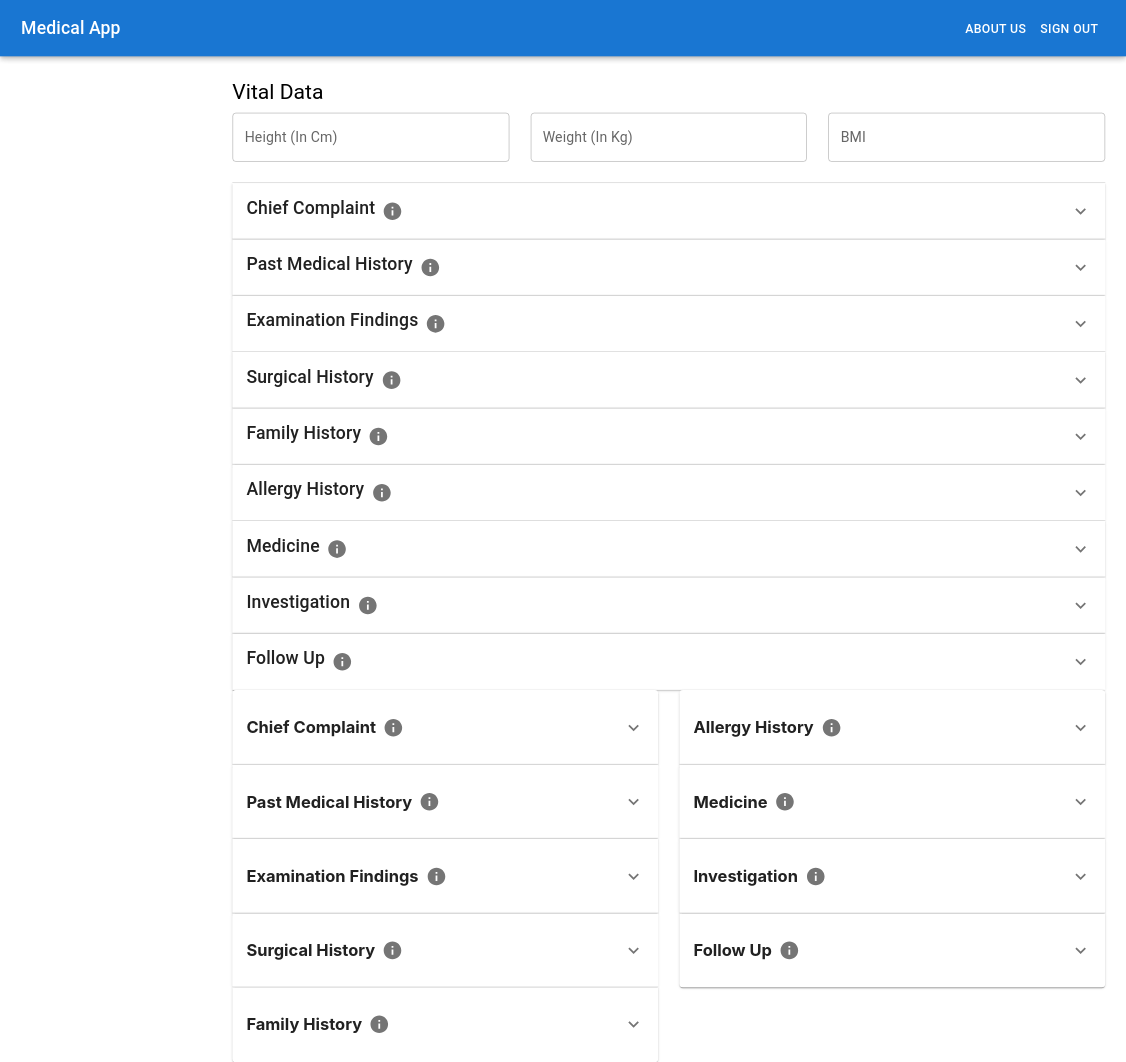
Repository: sshaiv/demo_project
Page: /
An editor plug-in stored every save of this project. The page is shown before and after the next save, followed by the edit.
The browser window is 1280 px wide. The pictures show the whole page, at 88% of full size.
The project was rebuilt for these pictures with package versions that can differ from the ones it lists, and the page was loaded fresh each time.

Above is the page before, as saved 2024-08-12 20:06:50.

### src/App.js
import React from 'react';
import { Container, Box } from '@mui/material';
import Header from './components/Header';
import VitalData from './components/VitalData';
import AccordionSection from './components/AccordionSection';
import MedicineSection from './components/MedicineSection';
import FollowUpSection from './components/FollowUpSection';
import HistoryDetail from './components/HistoryDetail'; // Import the new component

const App = () => {
  return (
    <div style={{ display: 'flex' }}>
      <Header />
      <Container style={{ marginTop: '64px', marginLeft: '240px' }}>
        <Box mt={3}>
          <VitalData />
          <AccordionSection title="Chief Complaint" />
          <AccordionSection title="Past Medical History" />
          <AccordionSection title="Examination Findings" />
          <AccordionSection title="Surgical History" />
          <AccordionSection title="Family History" />
          <AccordionSection title="Allergy History" />
          <MedicineSection />
          <AccordionSection title="Investigation" />
          <FollowUpSection />
          <HistoryDetail /> {/* Add the HistoryDetail component here */}
        </Box>
      </Container>
    </div>
  );
};

export default App;

### src/components/Header.js
import React from 'react';
import { AppBar, Toolbar, Typography, Button } from '@mui/material';

const Header = () => {
  return (
    <AppBar position="fixed">
      <Toolbar>
        <Typography variant="h6" style={{ flexGrow: 1 }}>
          Medical App
        </Typography>
        <Button color="inherit">About Us</Button>
        <Button color="inherit">Sign Out</Button>
      </Toolbar>
    </AppBar>
  );
};

export default Header;

### src/components/VitalData.js
import React from 'react';
import { TextField, Grid, Box, Typography } from '@mui/material';

const VitalData = () => {
  return (
    <Box mb={3}>
      <Typography variant="h5" gutterBottom>
        Vital Data
      </Typography>
      <Grid container spacing={3}>
        <Grid item xs={12} sm={6} md={4}>
          <TextField label="Height (In Cm)" fullWidth />
        </Grid>
        <Grid item xs={12} sm={6} md={4}>
          <TextField label="Weight (In Kg)" fullWidth />
        </Grid>
        <Grid item xs={12} sm={6} md={4}>
          <TextField label="BMI" fullWidth />
        </Grid>
        {/* Add more fields as necessary */}
      </Grid>
    </Box>
  );
};

export default VitalData;

### src/components/AccordionSection.js
import React from 'react';
import { Accordion, AccordionSummary, AccordionDetails, TextField, Typography } from '@mui/material';
import ExpandMoreIcon from '@mui/icons-material/ExpandMore';
import InfoIcon from '@mui/icons-material/Info';
import IconButton from '@mui/material/IconButton';

const AccordionSection = ({ title }) => {
  return (
    <Accordion>
      <AccordionSummary expandIcon={<ExpandMoreIcon />}>
        <Typography variant="h6">{title}</Typography>
        <IconButton>
          <InfoIcon />
        </IconButton>
      </AccordionSummary>
      <AccordionDetails>
        <TextField label={`Search ${title}`} fullWidth margin="normal" />
      </AccordionDetails>
    </Accordion>
  );
};

export default AccordionSection;

### src/components/MedicineSection.js
import React from 'react';
import { Accordion, AccordionSummary, AccordionDetails, TextField, Typography, Box, Grid, Button } from '@mui/material';
import ExpandMoreIcon from '@mui/icons-material/ExpandMore';
import InfoIcon from '@mui/icons-material/Info';
import IconButton from '@mui/material/IconButton';

const MedicineSection = () => {
  return (
    <Accordion>
      <AccordionSummary expandIcon={<ExpandMoreIcon />}>
        <Typography variant="h6">Medicine</Typography>
        <IconButton>
          <InfoIcon />
        </IconButton>
      </AccordionSummary>
      <AccordionDetails>
        <Box>
          <TextField label="Search Medicine" fullWidth margin="normal" />
          <TextField label="Search Generic Medicine" fullWidth margin="normal" />
          <Grid container spacing={3}>
            <Grid item xs={12} sm={6} md={4}>
              <TextField label="Unit" fullWidth />
            </Grid>
            <Grid item xs={12} sm={6} md={4}>
              <TextField label="Frequency" fullWidth />
            </Grid>
            <Grid item xs={12} sm={6} md={4}>
              <TextField label="Duration" fullWidth />
            </Grid>
            <Grid item xs={12} sm={6} md={4}>
              <TextField label="Start From" fullWidth />
            </Grid>
            <Grid item xs={12} sm={6} md={4}>
              <TextField label="Instruction" fullWidth />
            </Grid>
          </Grid>
          <Button variant="contained" color="primary" style={{ marginTop: '16px' }}>
            Create New Template
          </Button>
        </Box>
      </AccordionDetails>
    </Accordion>
  );
};

export default MedicineSection;

### src/components/FollowUpSection.js
import React from 'react';
import { Accordion, AccordionSummary, AccordionDetails, TextField, Typography, Grid, Button } from '@mui/material';
import ExpandMoreIcon from '@mui/icons-material/ExpandMore';
import InfoIcon from '@mui/icons-material/Info';
import IconButton from '@mui/material/IconButton';

const FollowUpSection = () => {
  return (
    <Accordion>
      <AccordionSummary expandIcon={<ExpandMoreIcon />}>
        <Typography variant="h6">Follow Up</Typography>
        <IconButton>
          <InfoIcon />
        </IconButton>
      </AccordionSummary>
      <AccordionDetails>
        <Grid container spacing={3}>
          <Grid item xs={12} sm={6}>
            <TextField label="Date Time" fullWidth />
          </Grid>
          <Grid item xs={12} sm={6}>
            <TextField label="Remark" fullWidth />
          </Grid>
          <Grid item xs={12} sm={6}>
            <TextField label="Refer Doctor" fullWidth />
          </Grid>
          <Grid item xs={12} sm={6}>
            <TextField label="Remark" fullWidth />
          </Grid>
        </Grid>
        <Button variant="contained" color="primary" style={{ marginTop: '16px' }}>
          Follow Up Save
        </Button>
      </AccordionDetails>
    </Accordion>
  );
};

export default FollowUpSection;

### src/components/HistoryDetail.js
import React from 'react';
import { Grid, Accordion, AccordionSummary, AccordionDetails, TextField } from '@mui/material';
import ExpandMoreIcon from '@mui/icons-material/ExpandMore';
import IconButton from '@mui/material/IconButton';
import InfoIcon from '@mui/icons-material/Info';

const sections = [
  { title: 'Chief Complaint', fields: ['Symptoms'] },
  { title: 'Past Medical History', fields: ['Search Past Medical'] },
  { title: 'Examination Findings', fields: ['Search Findings'] },
  { title: 'Surgical History', fields: ['Search Findings'] },
  { title: 'Family History', fields: [] },
  { title: 'Allergy History', fields: ['Search Allergy'] },
  { title: 'Medicine', fields: ['Search Medicine', 'Search Generic Medicine', 'Template'] },
  { title: 'Investigation', fields: ['Search Investigation'] },
  { title: 'Follow Up', fields: ['Date Time', 'Remark', 'Refer Doctor', 'Remark'] },
];

const HistoryDetail = () => {
  return (
    <Grid container spacing={3}>
      <Grid item xs={12} sm={6}>
        {sections.slice(0, Math.ceil(sections.length / 2)).map((section, index) => (
          <Accordion key={index}>
            <AccordionSummary expandIcon={<ExpandMoreIcon />}>
              <h3>{section.title}</h3>
              <IconButton>
                <InfoIcon />
              </IconButton>
            </AccordionSummary>
            <AccordionDetails>
              {section.fields.map((field, idx) => (
                <TextField key={idx} label={field} fullWidth margin="normal" />
              ))}
            </AccordionDetails>
          </Accordion>
        ))}
      </Grid>
      <Grid item xs={12} sm={6}>
        {sections.slice(Math.ceil(sections.length / 2)).map((section, index) => (
          <Accordion key={index}>
            <AccordionSummary expandIcon={<ExpandMoreIcon />}>
              <h3>{section.title}</h3>
              <IconButton>
                <InfoIcon />
              </IconButton>
            </AccordionSummary>
            <AccordionDetails>
              {section.fields.map((field, idx) => (
                <TextField key={idx} label={field} fullWidth margin="normal" />
              ))}
            </AccordionDetails>
          </Accordion>
        ))}
      </Grid>
    </Grid>
  );
};

export default HistoryDetail;

Loaded but not shown: public/index.html (common file); src/index.js (common file); src/index.css (common file)

After the next save:
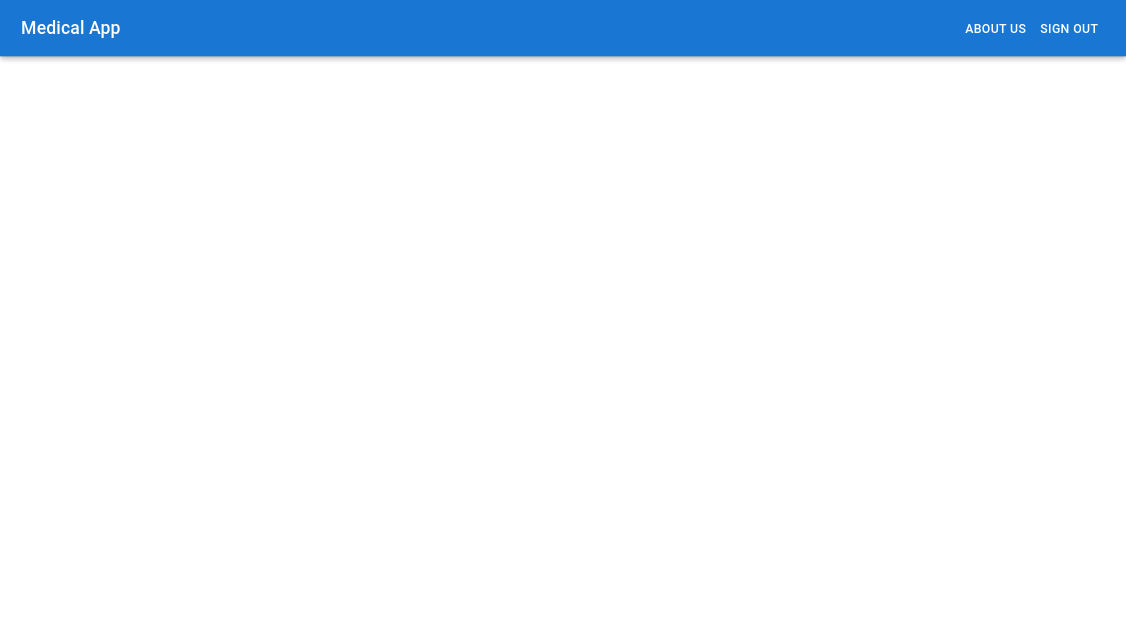
Saved 97 s later.
--- a/src/App.js
+++ b/src/App.js
@@ -11,21 +11,7 @@ const App = () => {
   return (
     <div style={{ display: 'flex' }}>
       <Header />
-      <Container style={{ marginTop: '64px', marginLeft: '240px' }}>
-        <Box mt={3}>
-          <VitalData />
-          <AccordionSection title="Chief Complaint" />
-          <AccordionSection title="Past Medical History" />
-          <AccordionSection title="Examination Findings" />
-          <AccordionSection title="Surgical History" />
-          <AccordionSection title="Family History" />
-          <AccordionSection title="Allergy History" />
-          <MedicineSection />
-          <AccordionSection title="Investigation" />
-          <FollowUpSection />
-          <HistoryDetail /> {/* Add the HistoryDetail component here */}
-        </Box>
-      </Container>
+
     </div>
   );
 };
